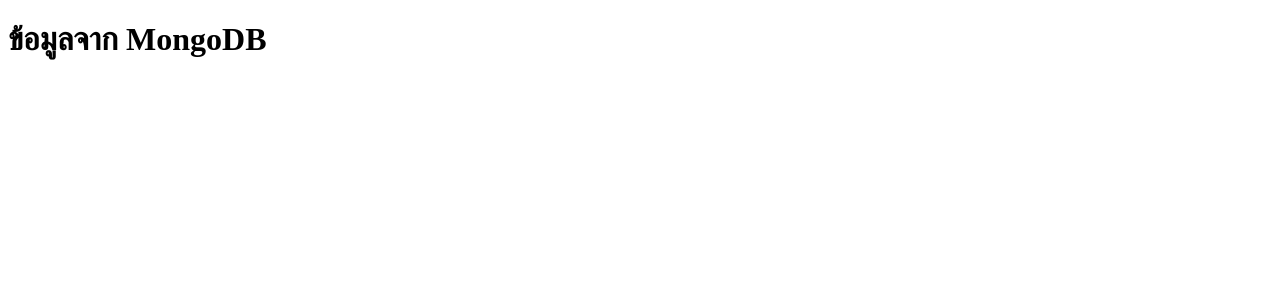
Repository: kamon010/Project1
Page: public/index.html
These files come from the project's save history. The page is drawn as it stood at one moment and after the next save; the edit follows.
The browser window is 1280 px wide. The pictures show the whole page.
The page's requests for data from a server got no answer.

Above is the page before, as saved 2024-08-19 22:55:01.

After the next save:
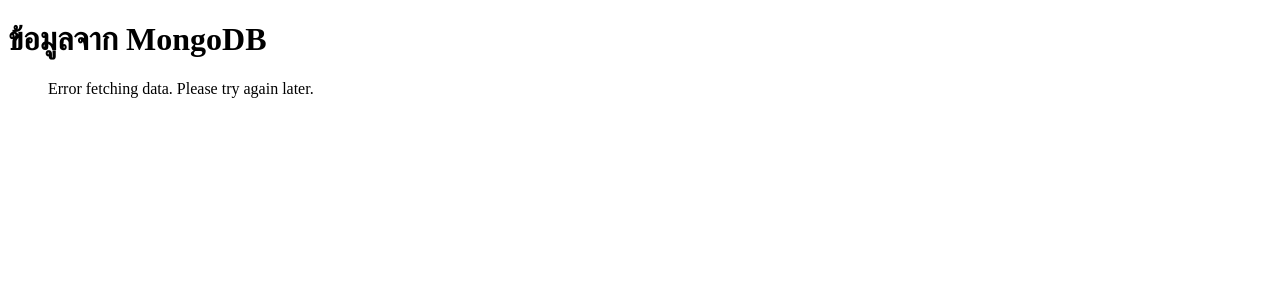
Console error: ReferenceError: ฃ is not defined
Saved 18 min 41 s later.
--- a/public/index.html
+++ b/public/index.html
@@ -13,18 +13,27 @@
 
     <script>
         async function fetchData() {
-            const response = await fetch('/data');
-            const data = await response.json();
+            try {
+                const response = await fetch('/data');
+                if (!response.ok) {
+                    throw new Error(`HTTP error! status: ${response.status}`);
+                }
+                const data = await response.json();
 
-            const list = document.getElementById('data-list');
-            data.forEach(item => {
-                const listItem = document.createElement('li');
-                listItem.textContent = `ชื่อ: ${item.name}, อีเมล: ${item.email}, อายุ: ${item.age}, งานอดิเรก: ${item.hobbies.join(', ')}`;
-                list.appendChild(listItem);
-            });
+                const list = document.getElementById('data-list');
+                data.forEach(item => {
+                    const listItem = document.createElement('li');
+                    listItem.textContent = `ชื่อ: ${item.name}, อีเมล: ${item.email}, อายุ: ${item.age}, งานอดิเรก: ${item.hobbies.join(', ')}`;
+                    list.appendChild(listItem);
+                });
+            } catch (error) {
+                console.error('Error fetching data:', error);
+                document.getElementById('data-list').textContent = 'Error fetching data. Please try again later.';
+            }
         }
 
         fetchData();
+        ฃ
     </script>
 </body>
 
